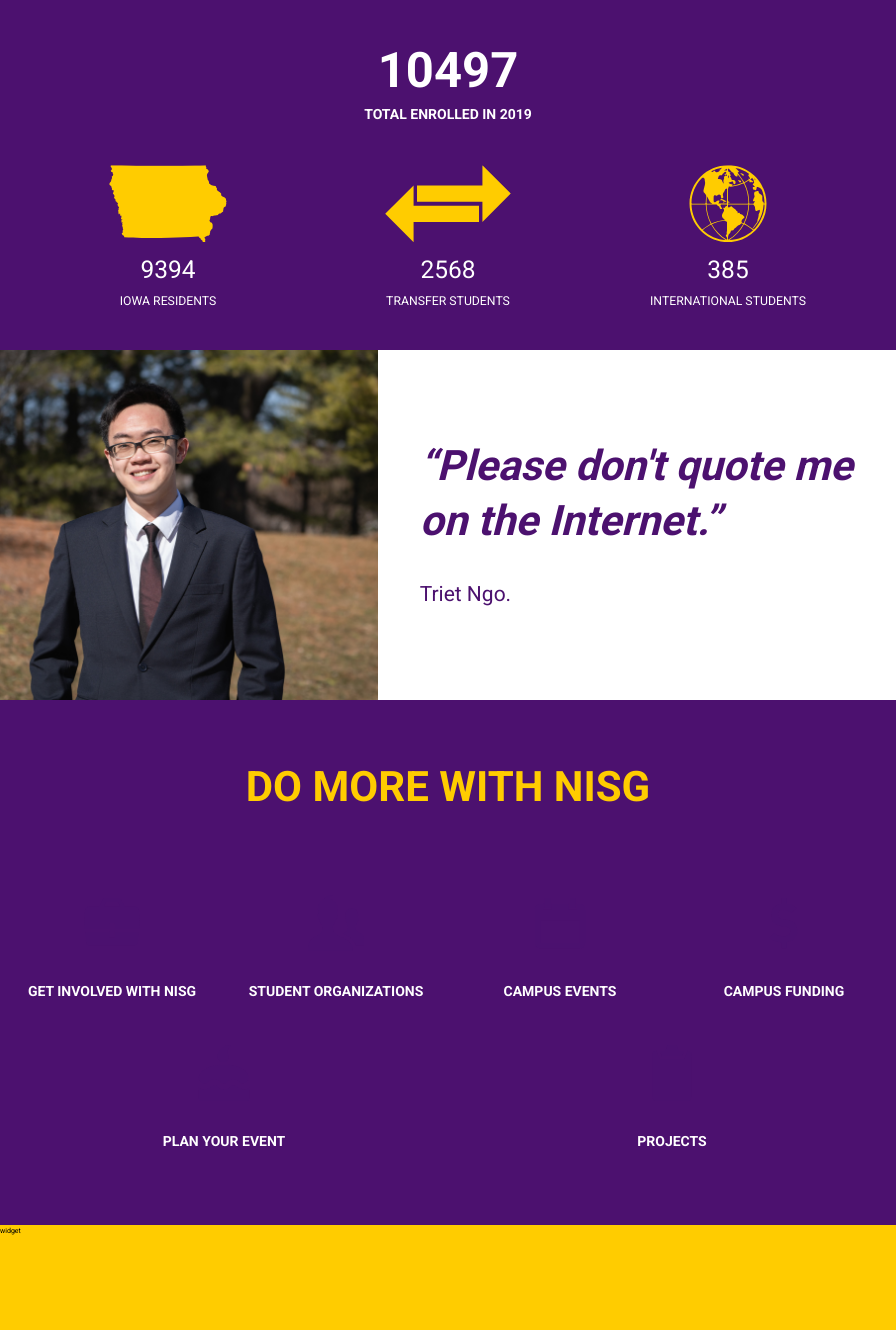
Repository: trietngo/nisg
Page: index.html
An editor plug-in stored every save of this project. The page is shown before and after a run of saves, followed by the edit.
The browser window is 1280 px wide. The pictures show the part of the page from y = 720 to 2620 px (the page is 3270 px tall), at 70% of full size.
Some web fonts or font styles are not loaded; a fallback is used. The style sheet was rebuilt from its Sass, Less or Tailwind sources for each picture, by a compiler version that may differ from the author's.

Above is the page before, as saved 2020-08-29 15:17:52.

### index.html
<!DOCTYPE html>
<html lang="en">
    <head>
        <meta charset="UTF-8">
        <meta name="viewport" content="width=device-width, initial-scale=1.0">

        <link href="https://fonts.googleapis.com/css2?family=Roboto:wght@100;300;400;500;700;900&display=swap" rel="stylesheet">
        <link href="https://fonts.googleapis.com/css2?family=Sedgwick+Ave&display=swap" rel="stylesheet">
        <link href="https://fonts.googleapis.com/css2?family=Sriracha&display=swap" rel="stylesheet">

        <link rel="stylesheet" href="css/style.css">

        <title>Proposed NISG Website</title>
    </head>

    <body>

        <header class="header">
            <div class="header__upper">
                <div class="header__container--left">
                    <img class="header__logo" src="img/New NISG Logo - White-01.png" alt="NISG Logo">
                    <div class="header__title">Northern Iowa Student Government</div>
                </div>

                <div class="header__container--right">
                    <a href="https://uni.edu" class="header__external">VISIT UNI WEBSITE</a>

                    <input type="text" name="" class="header__searchbar" id="" placeholder="Search NISG">
                    <ul class="header__nav">
                        <li><a class="header__link" href="#">News</a></li>
                        <li><a class="header__link" href="#">Resources</a></li>
                        <li><a class="header__link" href="#">Services</a></li>
                        <li><a class="header__link" href="#">Applications</a></li>
                        <li><a class="header__link" href="#">Student Organizations</a></li>
                        <li><a class="header__link" href="#">About</a></li>
                        <li><a class="header__link btn header__contact" href="#">Contact Us</a></li>
                    </ul>
                </div>
            </div>

            <div class="header__lower">

                <video class="header__video" autoplay muted loop>
                    <source src="img/Website.mp4" type="video/mp4">
                </video>

                <div class="header__overlay">
                    <p class="header__overlay--title">BY UNI STUDENTS.<br>FOR UNI STUDENTS.</p>
                    <p class="header__overlay--subtitle">Serving UNI students is NISG's top priority.</p>
                    <a href="#" class="header__overlay--about btn">About NISG</a>
                </div>

            </div>

        </header>

        <main>

            <section id="enroll">
                <div class="enrollment">
                    <div class="enrollment__total">
                        <div class="enrollment__total--title counter" title="10497">
                            0
                        </div>

                        <div class="enrollment__total--subtitle">TOTAL ENROLLED IN 2019</div>

                    </div>

                    <div class="enrollment__breakdown">
                        <div class="enrollment__category">
                            <img class="enrollment__category--icon" src="img/iowa-icon.svg" alt="Iowa icon">
                            <p class="enrollment__category--title counter" title="9394">0</p>
                            <p class="enrollment__category--subtitle">IOWA RESIDENTS</p>
                        </div>
                        <div class="enrollment__category">
                            <img class="enrollment__category--icon" src="img/transfer-icon.svg" alt="Transfer icon">
                            <p class="enrollment__category--title counter" title="2568">0</p>
                            <p class="enrollment__category--subtitle">TRANSFER STUDENTS</p>
                        </div>
                        <div class="enrollment__category">
                            <img class="enrollment__category--icon" src="img/globe-icon.svg" alt="Globe icon">
                            <p class="enrollment__category--title counter" title="385">0</p>
                            <p class="enrollment__category--subtitle">INTERNATIONAL STUDENTS</p>
                        </div>
                    </div>
                </div>
            </section>

            <section id="quotes">
                <div class="testimonials">

                    <img class="testimonials__img" src="img/Triet.jpg" alt="">

                    <div class="testimonials__quote">
                        <p class="quote">&ldquo;Please don't quote me on the Internet.&rdquo;</p>

                        <p class="subquote">Triet Ngo.</p>
                    </div>

                </div>
            </section>

            <section id="services">
                <div class="selection">

                    <div class="selection__title">
                        DO MORE WITH NISG
                    </div>

                    <div class="selection__wrapper">
                        <a href="#" class="selection__link">
                            <div class="selection__items">
                                <img class="selection__icon" src="img/SVG/briefcase.svg" alt="holding-hands">
                                <p class="selection__details">GET INVOLVED WITH NISG</p>
                            </div>
                        </a>

                        <a href="#" class="selection__link">
                            <div class="selection__items">
                                <img class="selection__icon" src="img/SVG/users.svg" alt="holding-hands">
                                <p class="selection__details">STUDENT ORGANIZATIONS</p>
                            </div>
                        </a>

                        <a href="#" class="selection__link">
                            <div class="selection__items">
                                <img class="selection__icon" src="img/SVG/calendar.svg" alt="holding-hands">
                                <p class="selection__details">CAMPUS EVENTS</p>
                            </div>
                        </a>

                        <a href="#" class="selection__link">
                            <div class="selection__items">
                                <img class="selection__icon" src="img/SVG/credit.svg" alt="holding-hands">
                                <p class="selection__details">CAMPUS FUNDING</p>
                            </div>
                        </a>

                        <a href="#" class="selection__link">
                            <div class="selection__items">
                                <img class="selection__icon" src="img/SVG/cake.svg" alt="holding-hands">
                                <p class="selection__details">PLAN YOUR EVENT</p>
                            </div>
                        </a>

                        <a href="#" class="selection__link">
                            <div class="selection__items">
                                <img class="selection__icon" src="img/SVG/clipboard.svg" alt="holding-hands">
                                <p class="selection__details">PROJECTS</p>
                            </div>
                        </a>
                    </div>
                </div>
            </section>

            <section id="news">
                <div class="widget">
                    widget
                </div>
            </section>

        </main>

        <footer class="footer">
            footer
        </footer>

        <script src="script.js"></script>
    </body>
</html>

### script.js
const counters = document.querySelectorAll(".counter"); // Select all elements with "counter" class
const speed = 200;

counters.forEach(counter => {

    const updateCount = () => {
        const target = +counter.getAttribute('title'); // Total
        let count = +counter.innerText; // Current count

        const inc = Math.floor(target / speed); //increment

        if (count < target) {
            counter.innerText = count + inc;

            console.log(counter.innerText.length);



            setTimeout(updateCount, 1);
        } else {
            counter.innerText = target;
        }

    }
    updateCount();
});

### sass/main.scss
@import "abstract/variables";

@import "base/base";
@import "base/typography";

@import "components/button";

@import "layout/enrollment";
@import "layout/footer";
@import "layout/header";
@import "layout/news";
@import "layout/services";
@import "layout/testimonials";

### sass/abstract/_variables.scss
// COLORS

$color-primary: #4c116f;
$color-secondary: #ffcc00;
$color-tertiary: #ffffff;

### sass/base/_typography.scss
body {
    font-family: 'Roboto', sans-serif;
    font-weight: 400;
    line-height: 1.7;
}

.header__searchbar {
    font-family: 'Roboto', sans-serif;
    font-weight: 400;
    font-size: 1.5rem;
}

.header__overlay {

    &--title {
        font-family: 'Roboto', sans-serif;
        font-weight: 700;
        font-size: 6rem;
        line-height: 1.2;
    }

    &--subtitle {
        font-size: 1.75rem;
    }

    &--about {
        font-size: 2.5rem;
        font-weight: 700;
    }
}

### sass/components/_button.scss
.btn {
    color: $color-secondary !important;
    border: .2rem solid $color-secondary;
    border-radius: 1.5rem;
    padding: 1rem 2rem !important;
    transition: all .3s;
    text-decoration: none;

    &:hover {
        color: $color-primary !important;
        border-color: none;
        background-color: $color-secondary;
        transition: all .3s;
    }
}

### sass/layout/_enrollment.scss
.enrollment {
    background-color: $color-primary;
    height: 50rem;
    display: flex;
    flex-direction: column;
    align-items: center;
    justify-content: space-evenly;
    color: $color-tertiary;
    position: relative;

    @media screen and (max-width: 702px) {
        height: 70rem;
    }

    @media screen and (max-width: 515px) {
        height: 100rem;
    }

    &__total {
        text-align: center;
        font-weight: 700;

        &--title {
            font-size: 7rem;
            line-height: 1.3;
        }

        &--subtitle {
            font-size: 2rem;
        }

    }

    &__breakdown {
        display: flex;
        flex-wrap: wrap;
        align-items: flex-end;

        @media screen and (max-width: 515px) {
            flex-direction: column;
        }
    }

    &__category {
        flex: 1;
        display: flex;
        flex-direction: column;
        width: 40rem;

        @media screen and (max-width: 515px) {
            padding: 2rem;
        }

        &--icon {
            height: 12rem;
            padding-bottom: 1rem;
        }

        &--title {
            font-size: 3.5rem;
            text-align: center;
        }

        &--subtitle {
            font-size: 1.75rem;
            text-align: center;
            white-space: nowrap;
        }
    }
}

### sass/layout/_footer.scss
.footer {
    height: 30rem;
    background-color: $color-tertiary;
}

### sass/layout/_header.scss
.header {

    display: flex;
    flex-direction: column;
    height: 100vh;

    &__container--left {
        flex: 1;
        padding: 3rem 7rem;
    }

    &__container--right {
        flex: 3;
        display: flex;
        flex-direction: column;
        align-items: flex-end;
        justify-content: space-between;
        padding-bottom: 3rem;
    }

    &__upper {
        background-color: $color-primary;
        flex: 0 1 22.5rem;
        display: flex;
        flex-wrap: wrap;
    }

    &__logo {
        height: 15rem;
    }

    &__title {
        font-size: 2rem;
        font-weight: 700;
        color: $color-tertiary;
        white-space: nowrap;
    }

    &__link {
        text-decoration: none;
        font-size: 2rem;
        font-weight: 700;
        color: $color-tertiary;
        padding: 0 3.5rem;
        transition: all .3s;
        white-space: nowrap;

        &:hover {
            color: $color-secondary;
            transition: all .3s;
        }
    }

    &__nav {
        list-style-type: none;
        display: flex;
        padding-right: 6rem;
        align-content: center;
        flex-wrap: wrap;
    }


    &__external {
        display: inline;
        background-color: $color-secondary;
        padding: 2rem 5rem;
        clip-path: polygon(0 0, 100% 0, 100% 100%, 15% 100%);
        text-decoration: none;
        font-size: 2rem;
        font-weight: 700;
    }

    &__video {
        width: 100%;
        height: 100%;
        object-fit: cover;
        opacity: 0.5;
        overflow: hidden;
        position: absolute;
    }

    &__searchbar {
        border: none;
        padding: 1rem;
        padding-right: 2rem;
        padding-left: 6rem;
        text-align: right;
        border-radius: 2rem;
        margin-right: 6rem;

        &:focus {
            outline: none;
        }
    }

    &__contact {
        margin-left: 2.5rem;
    }

    //OVERLAY

    &__lower {
        background-color: $color-primary;
        flex: 1 0 40rem;
        position: relative;
    }

    &__overlay {
        height: 100%;
        width: 100%;
        display: flex;
        flex-direction: column;
        align-items: center;
        justify-content: center;
        color: $color-secondary;

        position: absolute;

        &--title {
            margin: 2rem;
            text-align: center;
        }

        &--about {
            display: inline-block;
            margin: 4rem;
        }
    }
}

### sass/layout/_news.scss
.widget {
    height: 50rem;
    background-color: $color-secondary;
}

### sass/layout/_services.scss
.selection {
    height: 50rem;
    background-color: $color-primary;
    display: flex;
    flex-direction: column;
    justify-content: space-evenly;
    align-items: center;

    @media screen and (max-width: 1816px) {
        height: 75rem;
    }

    @media screen and (max-width: 916px) {
        height: 100rem;
    }

    @media screen and (max-width: 616px) {
        height: 175rem;
    }

    &__title {
        color: $color-secondary;
        font-size: 6rem;
        font-weight: 700;
        text-align: center;
    }

    &__wrapper {
        display: flex;
        justify-items: flex-start;
        flex-wrap: wrap;
    }

    &__items {
        display: flex;
        flex-direction: column;
        width: 30rem;
        flex: 1;
        margin: 3rem 0;

    }

    &__icon {
        height: 8rem;
        margin-bottom: 4rem;
    }

    &__link {
        text-decoration: none;
        color: $color-tertiary;
        font-size: 2rem;
        font-weight: 700;
        display: flex;
        flex: 1;
        transition: all .3s;

        &:hover {
            transform: scale(1.2);
            transition: all .3s;
        }

        &:active {
            transform: scale(1.1);
        }
    }

    &__details {
        text-align: center;
    }
}

### sass/layout/_testimonials.scss
.testimonials {
    height: 50rem;
    background-color: $color-tertiary;
    display: flex;
    flex-wrap: wrap;

    @media screen and (max-width: 702px) {
        flex-direction: column;
        height: 80rem;
    }

    &__img {
        flex: 1;
        height: 100%;
        object-fit: cover;
        overflow: hidden;

        @media screen and (max-width: 702px) {
            width: 100%;
            flex: 2;
        }
    }

    &__quote {
        flex: 1.15;
        padding: 6rem;
        color: $color-primary;
        display: flex;
        flex-direction: column;
        justify-content: center;

        @media screen and (max-width: 702px) {
            flex: 1;
        }
    }

}

.quote {
    font-size: 6rem;
    font-weight: 700;
    font-style: italic;
    line-height: 1.3;
    margin: 2rem 0;
}

.subquote {
    font-size: 3rem;
    margin: 2rem 0;
}

Loaded but not shown: sass/base/_base.scss (common file)

After the next 2 saves:
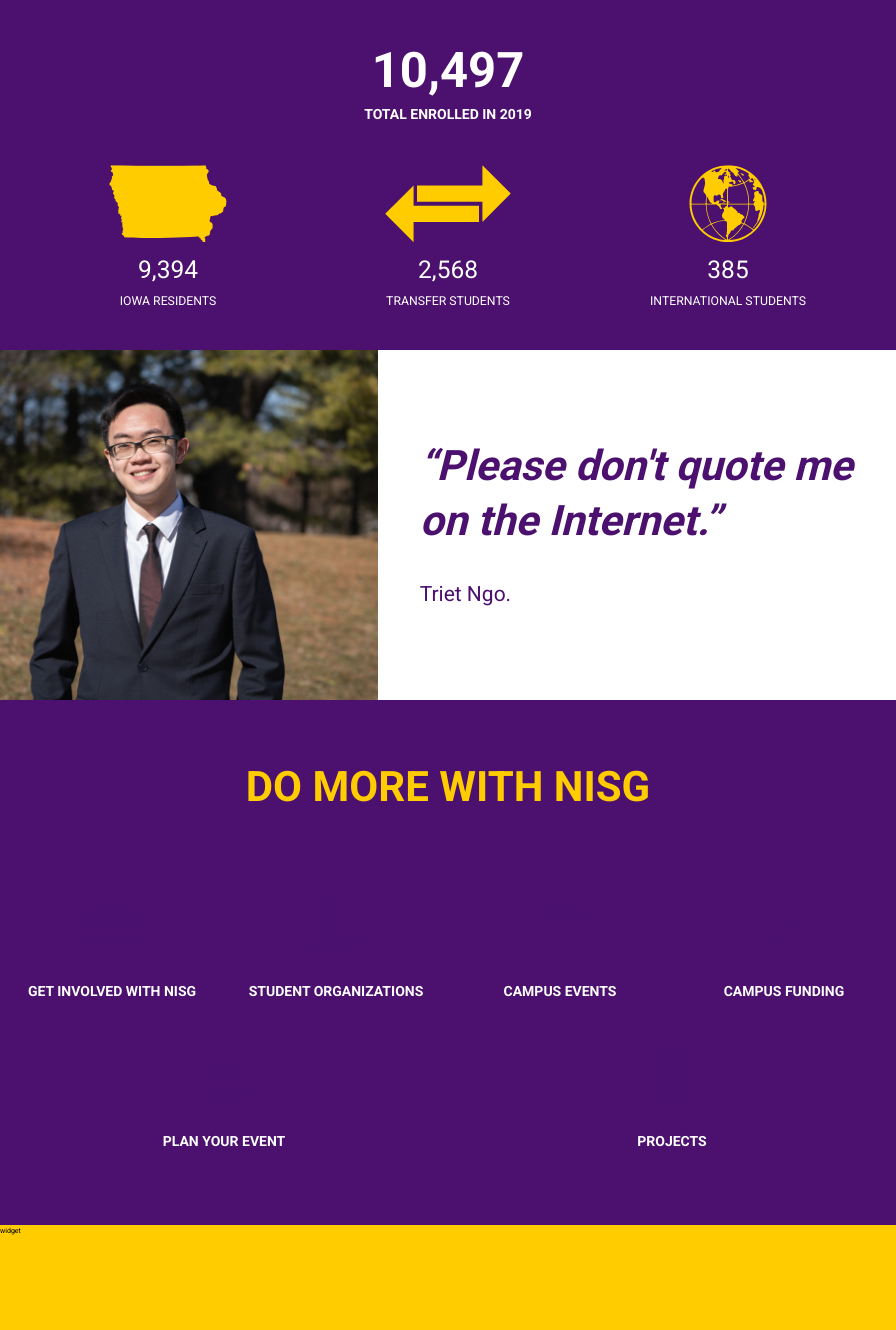
The 2 saves are shown as one change because they came seconds apart.
The last was saved 8 s later.
--- a/script.js
+++ b/script.js
@@ -14,13 +14,15 @@
 
             console.log(counter.innerText.length);
 
-
-
             setTimeout(updateCount, 1);
         } else {
             counter.innerText = target;
         }
 
+        if (counter.innerText.length > 3) {
+            counter.innerText = counter.innerText.substr(0, counter.innerText.length - 3) + ',' + counter.innerText.substr(counter.innerText.length - 3, 3);
+        }
+
     }
     updateCount();
 });

After the save that followed:
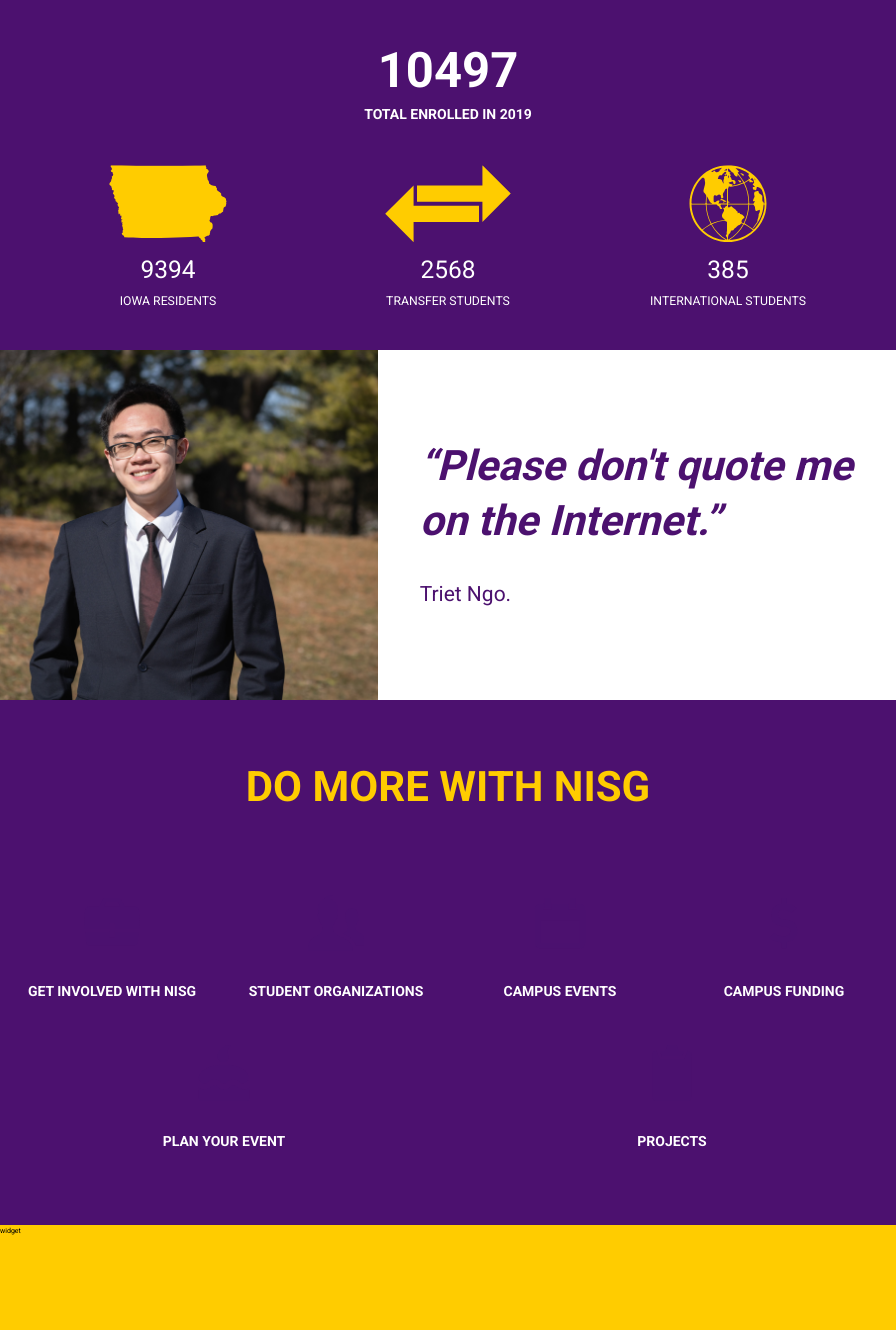
Saved 13 s later.
--- a/script.js
+++ b/script.js
@@ -19,10 +19,6 @@
             counter.innerText = target;
         }
 
-        if (counter.innerText.length > 3) {
-            counter.innerText = counter.innerText.substr(0, counter.innerText.length - 3) + ',' + counter.innerText.substr(counter.innerText.length - 3, 3);
-        }
-
     }
     updateCount();
 });
